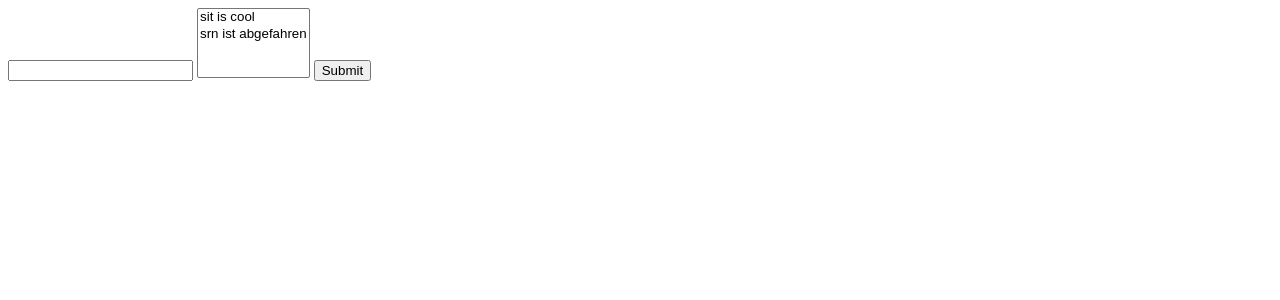
Repository: PhoenixxSC/sherlockholmessystems
Page: entwicklung/workspace/TestServlet/WebContent/index.html
An editor plug-in stored every save of this project. The page is shown before and after the next save, followed by the edit.
The browser window is 1280 px wide. The pictures show the whole page.

Above is the page before, as saved 2012-10-28 14:24:18.

After the next save:
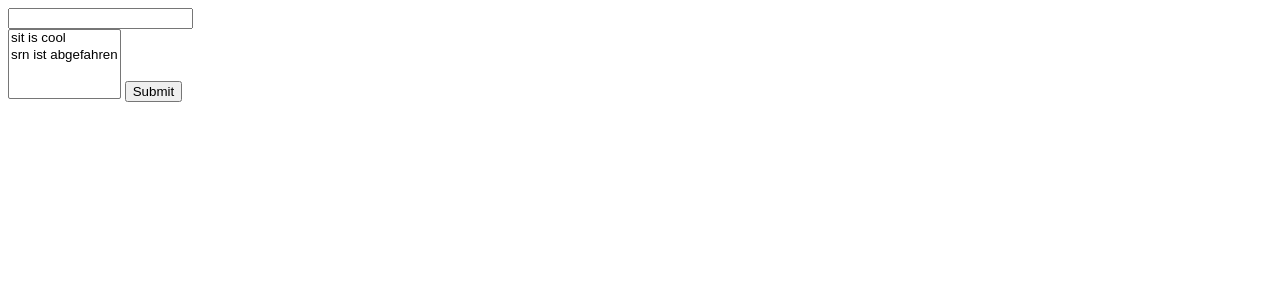
Saved 44 s later.
--- a/entwicklung/workspace/TestServlet/WebContent/index.html
+++ b/entwicklung/workspace/TestServlet/WebContent/index.html
@@ -6,7 +6,7 @@
 </head>
 <body>
 	<form action="SimpleServletPath" method="post">
-		<input type="text" name="inputtest"/>
+		<input type="text" name="inputtest"/><br/>
 		<select name="selecttest" multiple="multiple">
 			<option value="sit is cool">sit is cool</option>
 			<option value="srn ist abgefahren">srn ist abgefahren</option>
